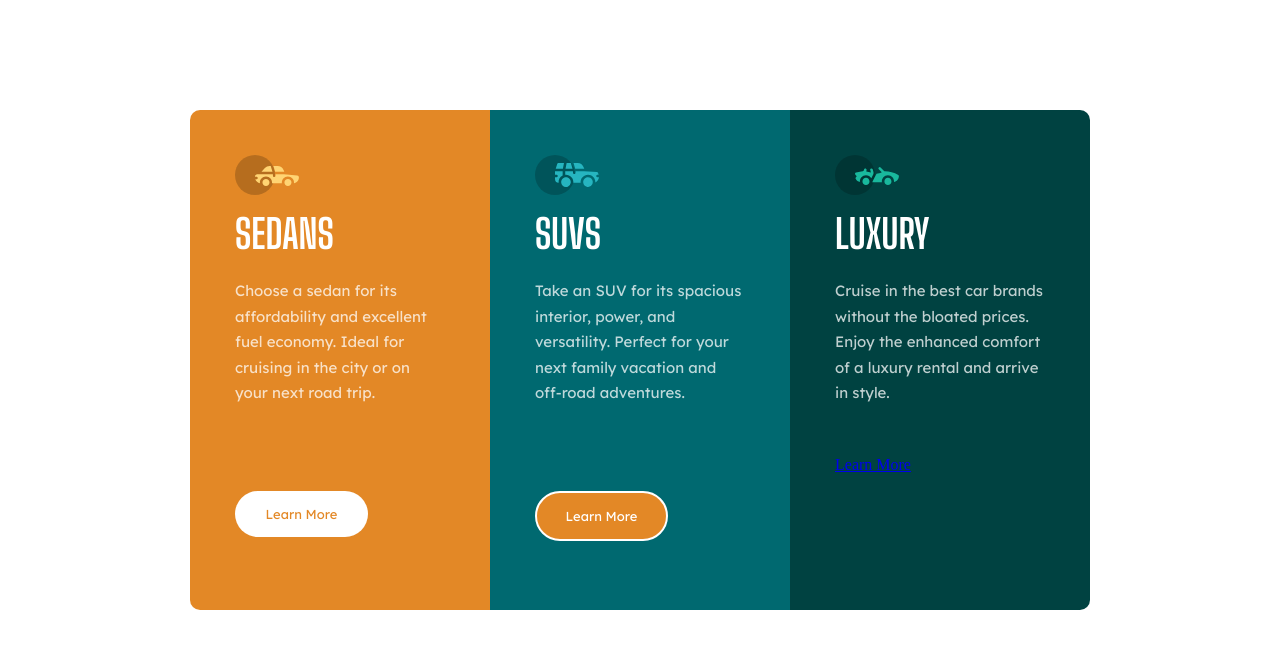
Repository: KamoliddinGIT/column-preview-card
Page: index.html
The author's editor kept a copy of each file at every save. The page is drawn from the files as they stood at one save, then again after the next save.
The browser window is 1280 px wide. The pictures show the whole page.
The pointer rests on the first visible `.card__2 a`.

Above is the page before, as saved 2023-09-15 16:43:22.

### index.html
<!DOCTYPE html>
<html lang="en">
  <head>
    <meta charset="UTF-8" />
    <meta name="viewport" content="width=device-width, initial-scale=1.0" />
    <link
      rel="icon"
      type="image/png"
      sizes="32x32"
      href="./images/favicon-32x32.png"
    />
    <link
      href="https://fonts.googleapis.com/css2?family=Lexend+Deca&display=swap"
      rel="stylesheet"
    />
    <link
      href="https://fonts.googleapis.com/css2?family=Big+Shoulders+Display:wght@400;700&display=swap"
      rel="stylesheet"
    />
    <link rel="stylesheet" href="./css/style.css" />
    <title>3-column preview card component</title>
  </head>
  <body>
    <div class="container">
      <div class="card card__1">
        <img src="./images/icon-sedans.svg" alt="sedans" />
        <h1>SEDANS</h1>
        <p>
          Choose a sedan for its affordability and excellent fuel economy. Ideal
          for cruising in the city or on your next road trip.
        </p>
        <a href="#">Learn More</a>
      </div>
      <div class="card card__2">
        <img src="./images/icon-suvs.svg" alt="suvs" />
        <h1>SUVS</h1>
        <p>
          Take an SUV for its spacious interior, power, and versatility. Perfect
          for your next family vacation and off-road adventures.
        </p>
        <a href="#">Learn More</a>
      </div>
      <div class="card card__3">
        <img src="./images/icon-luxury.svg" alt="icon-luxury" />
        <h1>LUXURY</h1>
        <p>
          Cruise in the best car brands without the bloated prices. Enjoy the
          enhanced comfort of a luxury rental and arrive in style.
        </p>
        <a href="#">Learn More</a>
      </div>
    </div>
  </body>
</html>

### css/style.css
* {
  margin: 0;
  padding: 0;
  box-sizing: border-box;
}

body {
  display: flex;
  justify-content: center;
  align-items: center;
  width: 100%;
  height: 100vh;
}

.container {
  display: flex;
  flex-direction: row;
  border-radius: 10px;
  width: 900px;
  height: 500px;
  color: hsla(0, 0%, 100%, 0.75);
}

.card__1 {
  width: 350px;
  height: 100%;
  background-color: hsl(31, 77%, 52%);
  border-top-left-radius: 10px;
  border-bottom-left-radius: 10px;
  padding: 45px;
}

.card__2 {
  width: 350px;
  height: 100%;
  background-color: hsl(184, 100%, 22%);
  padding: 45px;
}

.card__3 {
  width: 350px;
  height: 100%;
  background-color: hsl(179, 100%, 13%);
  border-top-right-radius: 10px;
  border-bottom-right-radius: 10px;
  padding: 45px;
}

.card {
  padding: 45px;
  display: flex;
  flex-direction: column;
}

.card h1 {
  font-family: "Big Shoulders Display", cursive;
  color: #fff;
  text-transform: uppercase;
  margin-top: 15px;
  margin-bottom: 20px;
  font-size: 40px;
}

.card img {
  width: 64px;
  height: 40px;
}

.card p {
  font-family: "Lexend Deca", sans-serif;
  margin: 0 0 50px;
  font-size: 15px;
  line-height: 1.7;
}

.card__1 a {
  display: flex;
  justify-content: center;
  align-items: center;
  font-size: 13px;
  width: 133px;
  text-decoration: none;
  font-family: "Lexend Deca", sans-serif;
  color: hsl(31, 77%, 52%);
  background: #fff;
  margin-top: 35px;
  border-radius: 50px;
  padding: 15px 10px;
}

.card__1 a:hover {
  font-size: 13px;
  display: flex;
  justify-content: center;
  align-items: center;
  border: 2px solid #fff;
  cursor: pointer;
  transition: 0.3s ease;
  background: hsl(31, 77%, 52%);
  font-family: "Lexend Deca", sans-serif;
  color: #fff;
}

.card__2 a {
  display: flex;
  justify-content: center;
  align-items: center;
  font-size: 13px;
  width: 133px;
  text-decoration: none;
  font-family: "Lexend Deca", sans-serif;
  color: hsl(184, 100%, 22%);
  background: #fff;
  margin-top: 35px;
  border-radius: 50px;
  padding: 15px 10px;
}

.card__2 a:hover {
  font-size: 13px;
  display: flex;
  justify-content: center;
  align-items: center;
  border: 2px solid #fff;
  cursor: pointer;
  transition: 0.3s ease;
  background: hsl(31, 77%, 52%);
  font-family: "Lexend Deca", sans-serif;
  color: #fff;
}

After the next save:
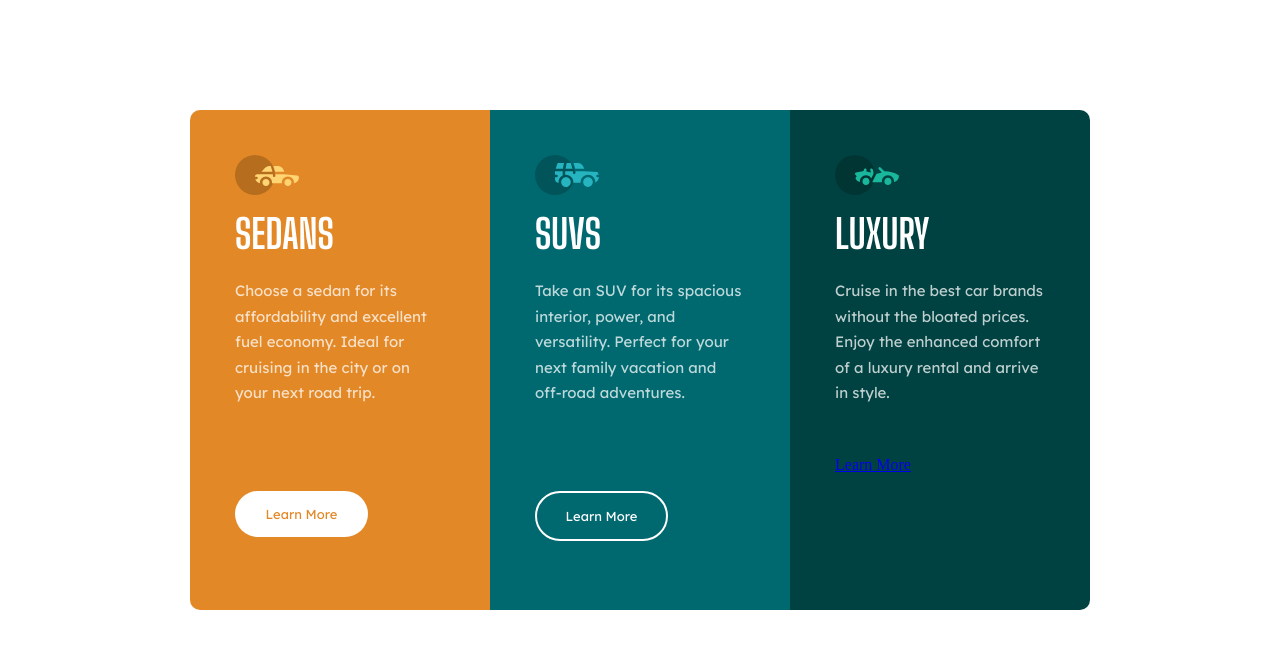
Saved 6 s later.
--- a/css/style.css
+++ b/css/style.css
@@ -124,7 +124,7 @@
   border: 2px solid #fff;
   cursor: pointer;
   transition: 0.3s ease;
-  background: hsl(31, 77%, 52%);
+  background: hsl(184, 100%, 22%);
   font-family: "Lexend Deca", sans-serif;
   color: #fff;
 }
